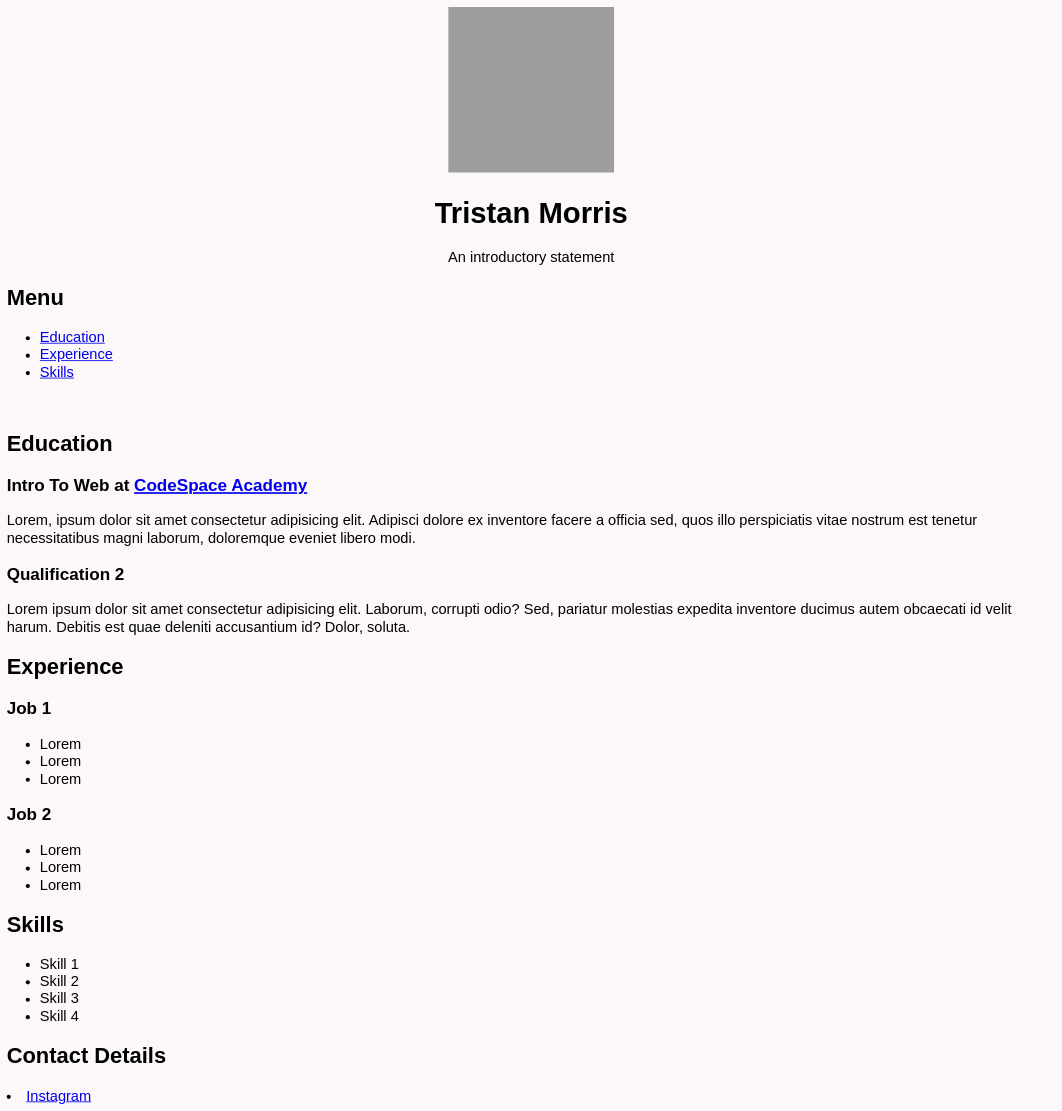
Repository: TristanKMorris/introToWebDesignAssignment
Page: resume1.html
These files come from the project's save history. The page is drawn as it stood at one moment and after the next save; the edit follows.
The browser window is 1280 px wide. The pictures show the whole page, at 83% of full size.
Pictures or frames that could not be fetched are drawn as grey boxes.

Above is the page before, as saved 2022-05-31 13:35:19.

After the next save:
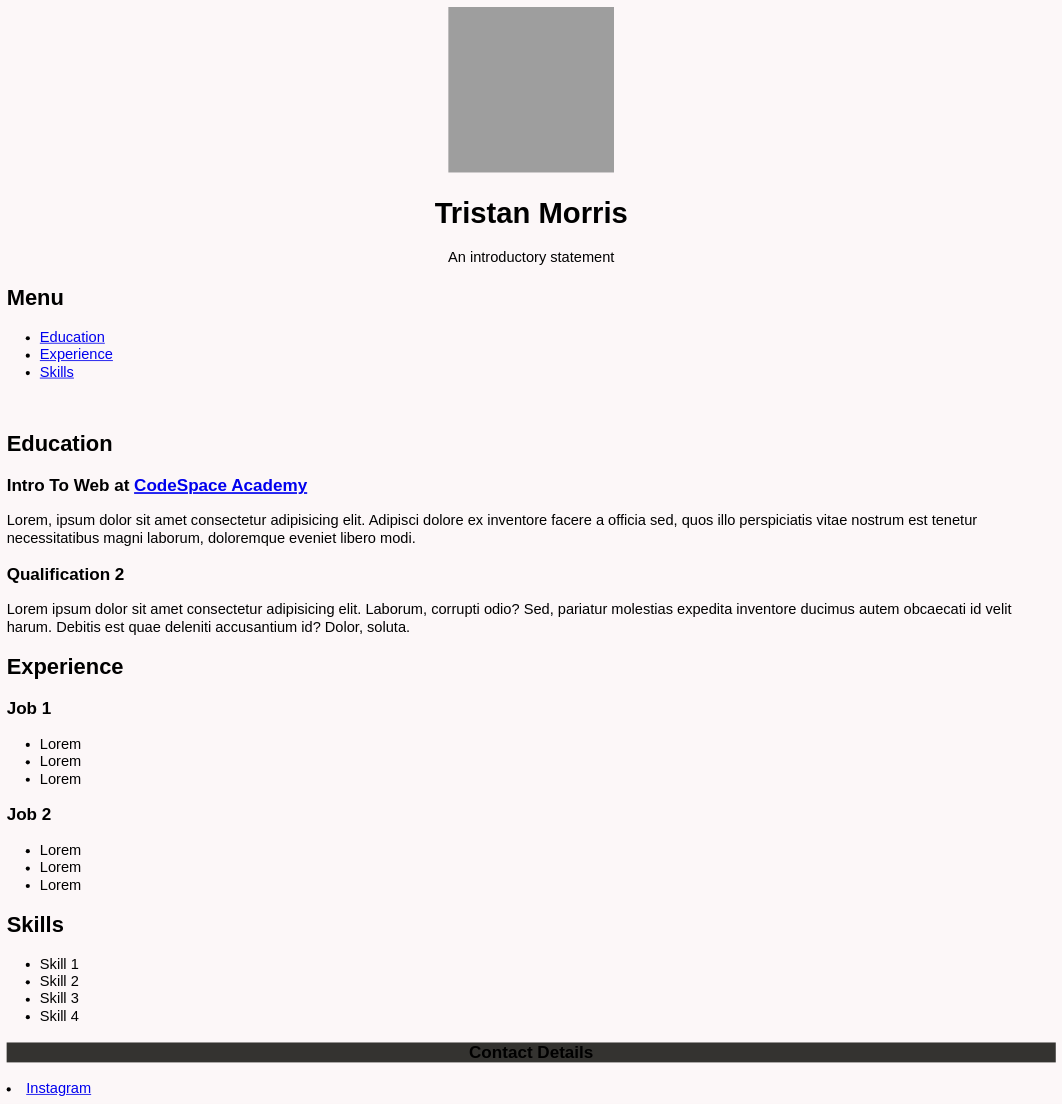
Saved 4 min 57 s later.
--- a/resume1.html
+++ b/resume1.html
@@ -19,6 +19,7 @@
   <nav>
 
     <h2>Menu</h2>
+
     <ul>
       <li><a href="#education">Education</a></li>
       <li><a href="#experience">Experience</a></li>
@@ -66,7 +67,11 @@
       <li>Skill 3</li>
       <li>Skill 4</li>
     </ul>
-    <h2>Contact Details</h2>
+
+    <footer>
+      <h3>Contact Details</h3>
+    </footer>
+
     <li><a href="http://www.instagram.com/tristan_k_morris">Instagram</a></li>
   </body>
 </html>
